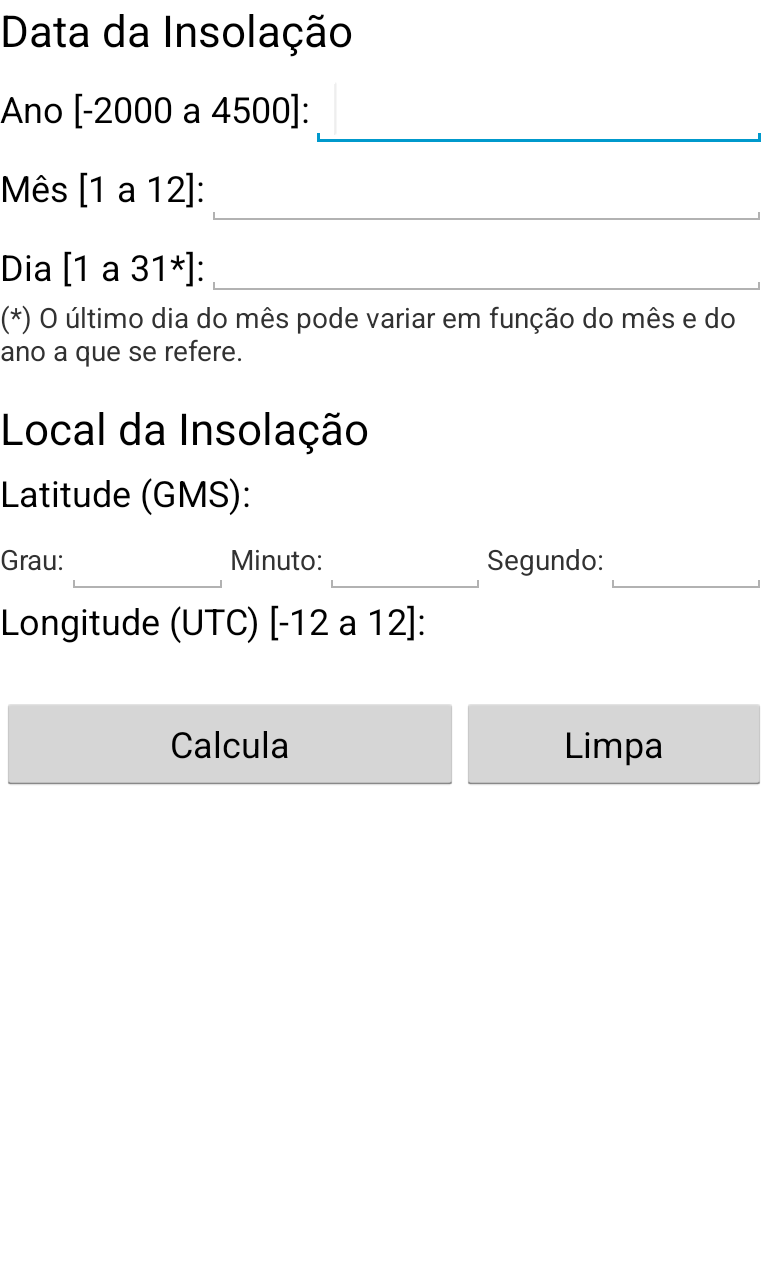
Repository: sergioPereiraBR/insolacao_terrestre
Layout: projeto/source code/InsolacaoTerrestre/res/layout/activity_insolacao_terrestre.xml
The author's editor kept a copy of each file at every save. The layout is drawn from the files as they stood at one save, then again after the next save.
It is drawn on a 768 x 1280 px phone screen (xhdpi) without system bars, with theme AppTheme; the app's code is not run.

Above is the layout before, as saved 2016-11-23 22:38:57.

After the next save:
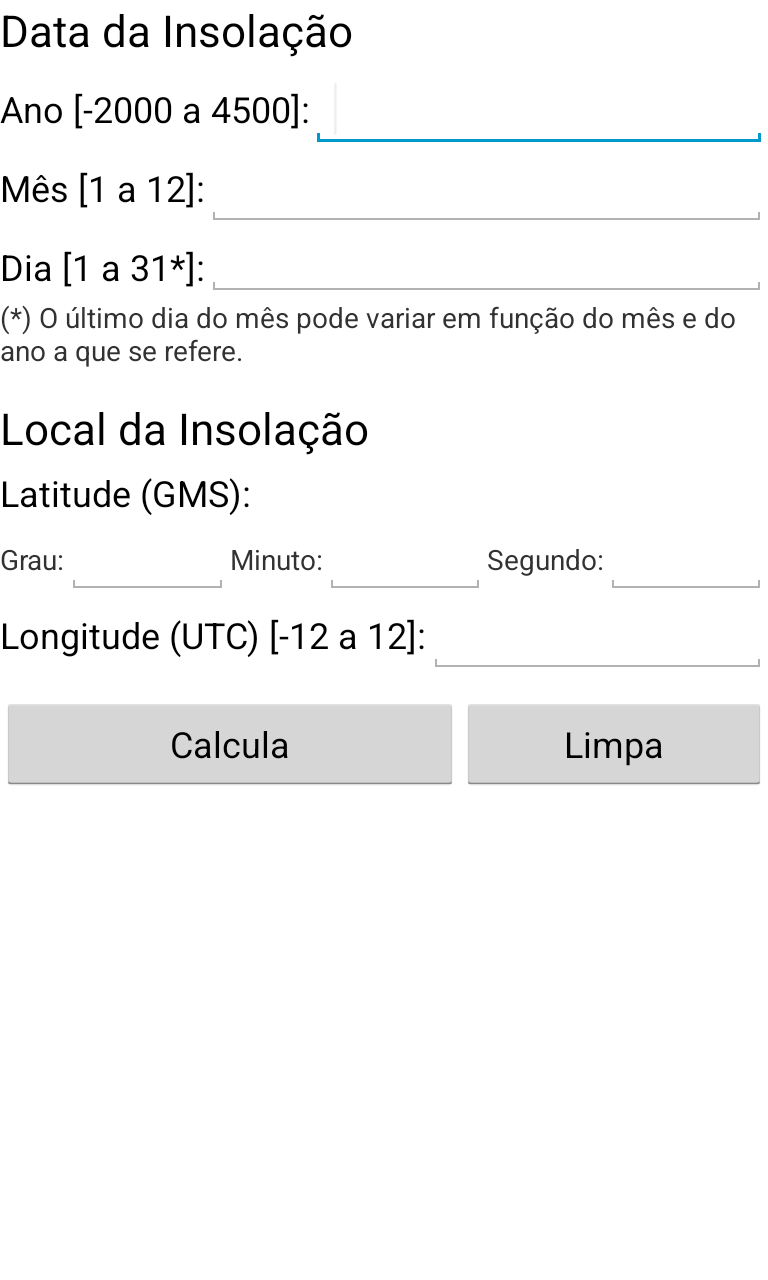
Saved 119 s later.
--- a/projeto/source code/InsolacaoTerrestre/res/layout/activity_insolacao_terrestre.xml
+++ b/projeto/source code/InsolacaoTerrestre/res/layout/activity_insolacao_terrestre.xml
@@ -192,6 +192,14 @@
             android:text="Longitude (UTC) [-12 a 12]:"
             android:textAppearance="?android:attr/textAppearanceMedium" />
 
+        <EditText
+            android:id="@+id/editText7"
+            android:layout_width="fill_parent"
+            android:layout_height="wrap_content"
+            android:layout_weight="1"
+            android:ems="10"
+            android:inputType="numberSigned" />
+
     </LinearLayout>
 
     <LinearLayout
